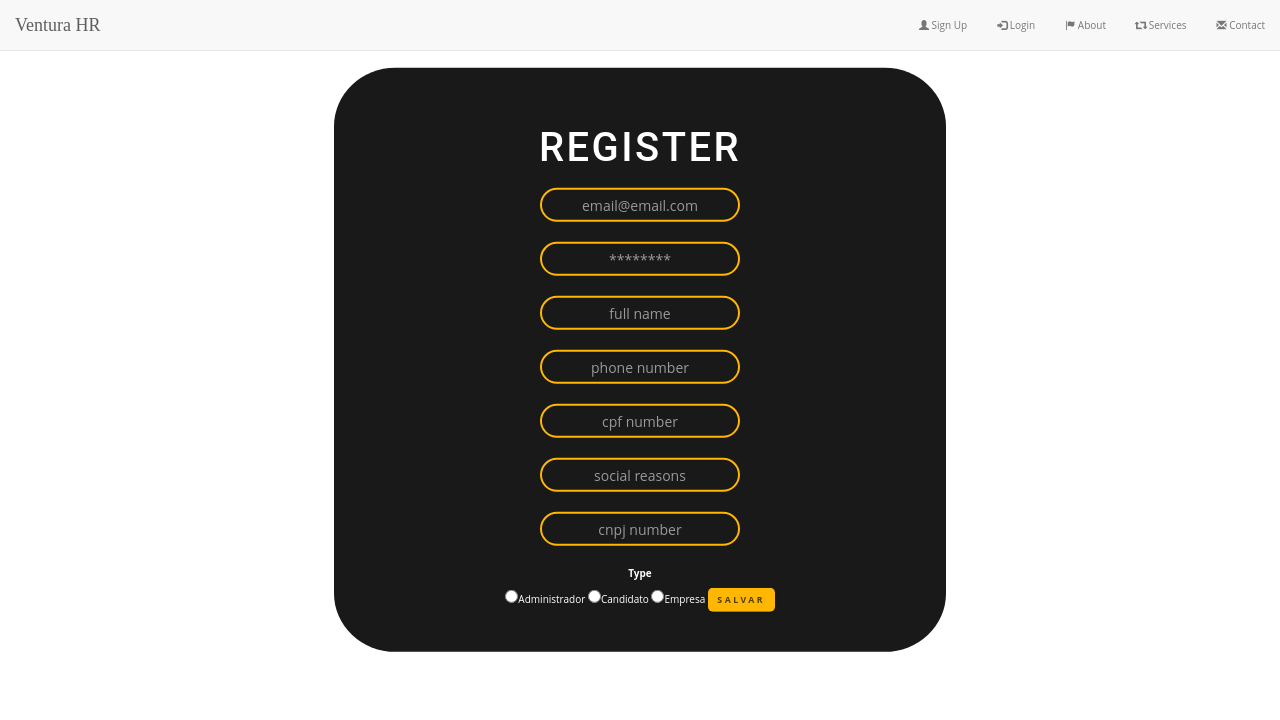
Repository: nmparfait/HumanResources-Ventura
Page: http://localhost/venturaWeb/WEB-INF/jsp/app/cadastro.jsp
An editor plug-in stored every save of this project. The page is shown before and after the next save, followed by the edit.
The browser window is 1280 px wide. The pictures show the whole page.
Some web fonts or font styles are not loaded; a fallback is used. Some web libraries are served in a nearby version. The page is served by Tomcat 9. Nobody is signed in. Other server files are loaded and not shown. The template is opened directly, without the code that normally fills it, so the values that code supplies are empty.

Above is the page before, as saved 2021-09-27 17:27:33.

### venturaWeb/src/main/webapp/WEB-INF/jsp/app/cadastro.jsp
<%@ taglib prefix="c" uri="http://java.sun.com/jsp/jstl/core" %>
<%@ page contentType="text/html;charset=UTF-8" language="java" %>
<!DOCTYPE html>
<html lang="en">
	<head>
	    <title>VENTURA | Register</title>
	    <meta charset="utf-8">
	    <meta name="viewport" content="width=device-width, initial-scale=1">
	    <link rel="stylesheet" href="https://maxcdn.bootstrapcdn.com/bootstrap/3.4.1/css/bootstrap.min.css">
	    <script src="https://ajax.googleapis.com/ajax/libs/jquery/3.5.1/jquery.min.js"></script>
	    <script src="https://maxcdn.bootstrapcdn.com/bootstrap/3.4.1/js/bootstrap.min.js"></script>
	    <link rel="stylesheet" href="css/cadastro.css" />
	</head>
	<body>
		<c:import url="/WEB-INF/jsp/app/menu.jsp"/>
		<h2>Cadastro</h2>


		    <form class="box" action="/usuario/cadastro" method="post">
		    	<h1>Register</h1>

		    	<input type="text" class="form-control" placeholder="email@email.com"  name="email">
		        <input type="password" class="form-control" placeholder="********" name="senha">
		        <input type="text" class="form-control" placeholder="full name" name="nomeCompleto">
		        <input type="text" class="form-control" placeholder="phone number" name="telefone">
		        <input type="text" class="form-control" placeholder="cpf number" name="cpf">
		        <input type="text" class="form-control" placeholder="social reasons" name="razaoSocial">
		        <input type="text" class="form-control" placeholder="cnpj number" name="cnpj">
		        <label>Type</label><br>
		        <input type="radio" value="A" name="tipo">Administrador
		        <input type="radio" value="C" name="tipo">Candidato
		        <input type="radio" value="E" name="tipo">Empresa

		        <button type="submit" class="btn btn-default">Salvar</button>
		    </form>
	</body>
</html>

### venturaWeb/src/main/webapp/WEB-INF/jsp/app/menu.jsp
<%@ page contentType="text/html;charset=UTF-8" language="java" %>
<%@ taglib uri="http://java.sun.com/jsp/jstl/core" prefix="c"%>
<html>
	<head>
	    <meta charset="UTF-8" />
	    <meta http-equiv="X-UA-Compatible" content="IE=edge" />
	    <meta name="viewport" content="width=device-width, initial-scale=1.0" />
	    <title>VENTURA | Navbar</title>
	    <!-- font awesome -->
	    <link
	      rel="stylesheet"
	      href="https://cdnjs.cloudflare.com/ajax/libs/font-awesome/5.14.0/css/all.min.css"
	    />
	    <!-- google font -->
	    <link href="https://fonts.googleapis.com/css2?family=Dancing+Script&display=swap" rel="stylesheet">
	    <!-- style -->
	    <link rel="stylesheet" href="css/styles.css" />
  	</head>
  	 <body>
  	 	<nav class="navbar navbar-default navbar-fixed-top">
  			<div class="container-fluid">
    			<div class="navbar-header">
      				<a class="navbar-brand font" href="/app/index">Ventura HR</a>
    			</div>
	  	 	<ul class="nav navbar-nav navbar-right">
				<c:if test="${empty usuario}">
				    <li><a href="/usuario"><span class="glyphicon glyphicon-user"></span> Sign Up</a></li>
				    <li><a href="/acesso"><span class="glyphicon glyphicon-log-in"></span> Login</a></li>
				    <li><a href="/about"><span class="glyphicon glyphicon-flag"></span> About</a></li>
				    <li><a href="/about"><span class="glyphicon glyphicon-retweet"></span> Services</a></li>
				    <li><a href="/contato"><span class="glyphicon glyphicon-envelope"></span> Contact</a></li>
			    </c:if>
			    <c:if test="${not empty usuario}">
			    	<li><a href="/logout"><span class="glyphicon glyphicon-log-out"></span>Logout, ${usuario.email}</a></li>
			    </c:if>
			 </ul>
		</nav>
    </body>
   </html>

### venturaWeb/src/main/webapp/css/cadastro.css
body {
    margin: 0;
    padding: 0;
    font-family: sans-serif;
    background: #34495e;
    color: #fff !important;

}

.box {
    width: 85vh;
    padding: 40px;
    position: absolute;
    top: 50%;
    left: 50%;
    transform: translate(-50%, -50%);
    background: #191919;
    text-align: center;
    border-radius: 10%;
}

.box h1 {
    color: white;
    text-transform: uppercase;
    font-weight: 500;
}

.box input[type="text"],
.box input[type="password"] {
    border: 0;
    background: none;
    display: block;
    margin: 20px auto;
    text-align: center;
    border: 2px solid #ffb703;
    padding: 14px 10px;
    width: 200px;
    outline: none;
    color: white;
    border-radius: 24px;
    transition: 0.25s
}

.box input[type="text"]:focus,
.box input[type="password"]:focus {
    width: 280px;
    border-color: #ffb703;
}

.box input[type="submit"] {
     border: 0;
    background: none;
    display: block;
    margin: 20px auto;
    text-align: center;
    border: 2px solid #ffb703;
    padding: 14px 40px;
    outline: none;
    color: white;
    border-radius: 24px;
    transition: 0.25s;
    cursor: pointer;
}

.box input[type="submit"]:hover {
    background: #e9edc9;
    color: #000;
}

### venturaWeb/src/main/webapp/css/styles.css
/* details generics
first color : #ffb703
-- second color: #e9edc9

*/
/*
===============
Variables
===============
*/

:root {
  /* dark shades of primary color*/
  --clr-primary-1: hsl(43, 86%, 17%);
  --clr-primary-2: hsl(43, 77%, 27%);
  --clr-primary-3: hsl(43, 72%, 37%);
  --clr-primary-4: hsl(42, 63%, 48%);
  /* primary/main color */
  --clr-primary-5: hsl(42, 78%, 60%);
  /* lighter shades of primary color */
  --clr-primary-6: hsl(43, 89%, 70%);
  --clr-primary-7: hsl(43, 90%, 76%);
  --clr-primary-8: hsl(45, 86%, 81%);
  --clr-primary-9: hsl(45, 90%, 88%);
  --clr-primary-10: hsl(45, 100%, 96%);
  /* darkest grey - used for headings */
  --clr-grey-1: hsl(209, 61%, 16%);
  --clr-grey-2: hsl(211, 39%, 23%);
  --clr-grey-3: hsl(209, 34%, 30%);
  --clr-grey-4: hsl(209, 28%, 39%);
  /* grey used for paragraphs */
  --clr-grey-5: hsl(210, 22%, 49%);
  --clr-grey-6: hsl(209, 23%, 60%);
  --clr-grey-7: hsl(211, 27%, 70%);
  --clr-grey-8: hsl(210, 31%, 80%);
  --clr-grey-9: hsl(212, 33%, 89%);
  --clr-grey-10: hsl(210, 36%, 96%);
  --clr-white: #fff;
  --ff-primary: 'Roboto', sans-serif;
  --ff-secondary: 'Open Sans', sans-serif;
  --transition: all 0.3s linear;
  --spacing: 0.25rem;
  --radius: 0.5rem;
  --light-shadow: 0 5px 15px rgba(0, 0, 0, 0.1);
  --dark-shadow: 0 5px 15px rgba(0, 0, 0, 0.2);
  --max-width: 1170px;
}
/*
===============
Global Styles
===============
*/

*,
::after,
::before {
  margin: 0;
  padding: 0;
  box-sizing: border-box;
}
body {
  font-family: var(--ff-secondary);
  background: var(--clr-white);
  color: var(--clr-grey-1);
  line-height: 1.5;
  font-size: 0.875rem;
}
ul {
  list-style-type: none;
}
a {
  text-decoration: none;
}
img:not(.nav-logo) {
  width: 100%;
  display: block;
}

h1,
h2,
h3,
h4 {
  letter-spacing: var(--spacing);
  text-transform: capitalize;
  line-height: 1.25;
  margin-bottom: 0.75rem;
  font-family: var(--ff-primary);
}
h1 {
  font-size: 3rem;
}
h2 {
  font-size: 2rem;
}
h3 {
  font-size: 1.25rem;
}
h4 {
  font-size: 0.875rem;
}
p {
  margin-bottom: 1.25rem;
  color: var(--clr-grey-5);
}
@media screen and (min-width: 800px) {
  h1 {
    font-size: 4rem;
  }
  h2 {
    font-size: 2.5rem;
  }
  h3 {
    font-size: 1.75rem;
  }
  h4 {
    font-size: 1rem;
  }
  body {
    font-size: 1rem;
  }
  h1,
  h2,
  h3,
  h4 {
    line-height: 1;
  }
}
/*  global classes */

.btn {
  text-transform: uppercase;
  background: #ffb703;
  color: var(--clr-primary-1);
  padding: 0.375rem 0.75rem;
  letter-spacing: var(--spacing);
  display: inline-block;
  font-weight: 700;
  transition: var(--transition);
  font-size: 0.875rem;
  border: 2px solid transparent;
  cursor: pointer;
  box-shadow: 0 1px 3px rgba(0, 0, 0, 0.2);
  border-radius: var(--radius);
}
.btn:hover {
  color: var(--clr-primary-1);
  background: var(--clr-primary-7);
}
/* section */
.section {
  padding: 5rem 2rem;
}

.section-center {
  width: 90vw;
  margin: 0 auto;
  max-width: 1170px;
}

.contact {
  background: #fffcfc;
  min-height: 100vh;
}
@media screen and (min-width: 992px) {
  .section-center {
    width: 95vw;
  }
}

.underline {
  width: 5rem;
  height: 0.25rem;
  margin-bottom: 1.25rem;
  background: var(--clr-primary-5);
  margin-left: auto;
  margin-right: auto;
}

.section-title {
  margin-bottom: 4rem;
  text-align: center;
}

.bg-grey {
  background: var(--clr-grey-9);
}
/* added during recording */

/*
===============
Sidebar
===============
*/

.sidebar {
  position: fixed;
  top: 0;
  left: 0;
  width: 100%;
  height: 100%;
  background: var(--clr-grey-10);
  z-index: 4;
  display: grid;
  /* align-items: center;
  justify-content: center; */
  place-items: center;
  transition: var(--transition);

  /* add later */
  transform: translateX(-100%);
}

/* toggle sidebar */
.show-sidebar {
  transform: translateX(0);
}

.sidebar-links {
  text-align: center;
}

.sidebar-links a {
  font-size: 2rem;
  text-transform: capitalize;
  transform: var(--transition);
  color: var(--clr-grey-5);
  letter-spacing: var(--spacing);
  display: inline-block;
  margin-bottom: 1.5rem;
}

.sidebar-links a:hover {
  color: var(--clr-primary-5);
}

.social-icons {
  display: grid;
  margin-top: 3rem;
  width: 20rem;
  grid-template-columns: repeat(4, 1fr);
  justify-items: center;
}

.social-icon {
  font-size: 1.5rem;
  color: var(--clr-grey-1);
  transition: var(--transition);
}

.social-icon:hover {
  color: var(--clr-primary-5);
}

.close-btn {
  position: absolute;
  top: 1rem;
  right: 1rem;
  font-size: 3rem;
  background: transparent;
  border: transparent;
  transition: var(--transition);
  color: #bb2525;
  cursor: pointer;
}

.close-btn:hover {
  color: #e66b6b;
}


/* end of details*/


.font {
	font-family: 'Dancing Script', cursive;
	background-color: #ffb703;
}

/*
===============
Connect
===============
*/

.connect {
  min-height: 40vh;
  position: relative;
  padding: 10rem 0 5rem 0;
  margin: 5rem 0;
  -webkit-clip-path: polygon(
    50% 0%,
    100% 10%,
    100% 90%,
    53% 100%,
    49% 100%,
    0 90%,
    0 10%
  );
  clip-path: polygon(
    50% 0%,
    100% 10%,
    100% 90%,
    53% 100%,
    49% 100%,
    0 90%,
    0 10%
  );
}
.video-container {
  position: absolute;
  top: 0;
  left: 0;
  width: 100%;
  height: 100%;
  -o-object-fit: cover;
  object-fit: cover;
  z-index: -2;
}

.connect::after {
  content: '';
  position: absolute;
  top: 0;
  left: 0;
  width: 100%;
  height: 100%;
  /* background: var(--clr-white); */
  /* background: var(--clr-primary-5); */
  background: rgba(0, 0, 0, 0.6);
  opacity: 0.7;
  z-index: -1;
}
.connect {
  display: grid;
  place-items: center;
}

.video-banner .section-title {
  margin-bottom: 2rem;
}

.video-text {
  max-width: 30rem;
}

.video-banner {
  background: #e9edc9;
  padding: 3rem 5rem 12rem 5rem;
  text-align: center;
  -webkit-clip-path: polygon(
    0% 0%,
    100% 0%,
    100% 75%,
    75% 75%,
    75% 100%,
    50% 75%,
    0% 75%
  );
  clip-path: polygon(
    0% 0%,
    100% 0%,
    100% 75%,
    75% 75%,
    75% 100%,
    50% 75%,
    0% 75%
  );
}

/*
===============
About
===============
*/

/*
===============
Hero
===============
*/
.hero .underline {
  margin-bottom: 0.5rem;
  margin-left: 0;
}

.hero-img {
  display: none;
}

.hero {
  background: var(--clr-primary-10);
}
.hero-center {
  min-height: calc(100vh - 5rem);
  display: grid;
  place-items: center;
}

.hero-info h4 {
  color: var(--clr-grey-5);
}

.hero-icons {
  justify-items: start;
}

.hero-btn {
  margin-top: 1.25rem;
}

.hero-photo {
  max-width: 25rem;
  max-height: 30rem;
  -o-object-fit: cover;
  object-fit: cover;
  border-radius: var(--radius);
  position: relative;
}

@media screen and (min-width: 776px) {
  .hero-img {
    display: block;
    position: relative;
  }

  .hero-center {
    display: grid;
    grid-template-columns: 1fr 1fr;
  }
}

.hero-img::before,
.about-img::before {
  content: '';
  position: absolute;
  width: 100%;
  height: 100%;
  border: 0.25rem solid var(--clr-primary-5);
  top: 2rem;
  right: -2rem;
  border-radius: var(--radius);
}

/* section title added to globals */
.about-title {
  text-align: left;
  margin-bottom: 2rem;
}

.about-title .underline {
  margin-left: 0;
}

.about-center {
  display: grid;
  gap: 3rem 2rem;
}

.about-img {
  position: relative;
}

.about-img::before {
  left: -2rem;
}

.about-img {
  justify-self: center;
}

@media screen and (min-width: 776px) {
  .about-center {
    display: grid;
    grid-template-columns: 1fr 1fr;
  }
}

@media screen and (min-width: 992px) {
  .about-center {
    grid-template-columns: 1fr 1fr;
  }

  .about-img {
    position: relative;
  }

  .about-img::before {
    left: -2rem;
  }
}

.hero-photo {

}

/* Services*/

/*
===============
Services
===============
*/

.service {
  background: var(--clr-white);
  padding: 3rem 1.5rem;
  margin-bottom: 2rem;
  border-radius: var(--radius);
  text-align: center;
  transition: var(--transition);
}

.service-icon {
  font-size: 2rem;
  margin-bottom: 1.5rem;
}

.service .underline {
  width: 3rem;
  height: 0.12rem;
  transition: var(--transition);
}

.service p {
  transition: var(--transition);
}
.service:hover {
  background: var(--clr-primary-5);
  color: var(--clr-white);
}

.service:hover p {
  color: var(--clr-white);
}

.service:hover .underline {
  background: var(--clr-white);
}

@media screen and (min-width: 676px) {
  .services-center {
    display: grid;
    grid-template-columns: 1fr 1fr;
    -moz-column-gap: 2rem;
    column-gap: 2rem;
  }
}

@media screen and (min-width: 992px) {
  .services-center {
    grid-template-columns: repeat(3, 1fr);
  }
}

/* CONTACT*/
/* section */
.section {
  padding: 5rem 2rem;
}

.section-center {
  width: 90vw;
  margin: 0 auto;
  max-width: 1170px;
}

.contact {
  background: #fefae0;
  min-height: 50vh;
}
@media screen and (min-width: 992px) {
  .section-center {
    width: 85vw;
  }
}

/*LOGIN PAGE*/


.loginPage {

	margin-top: 50px;
}

After the next save:
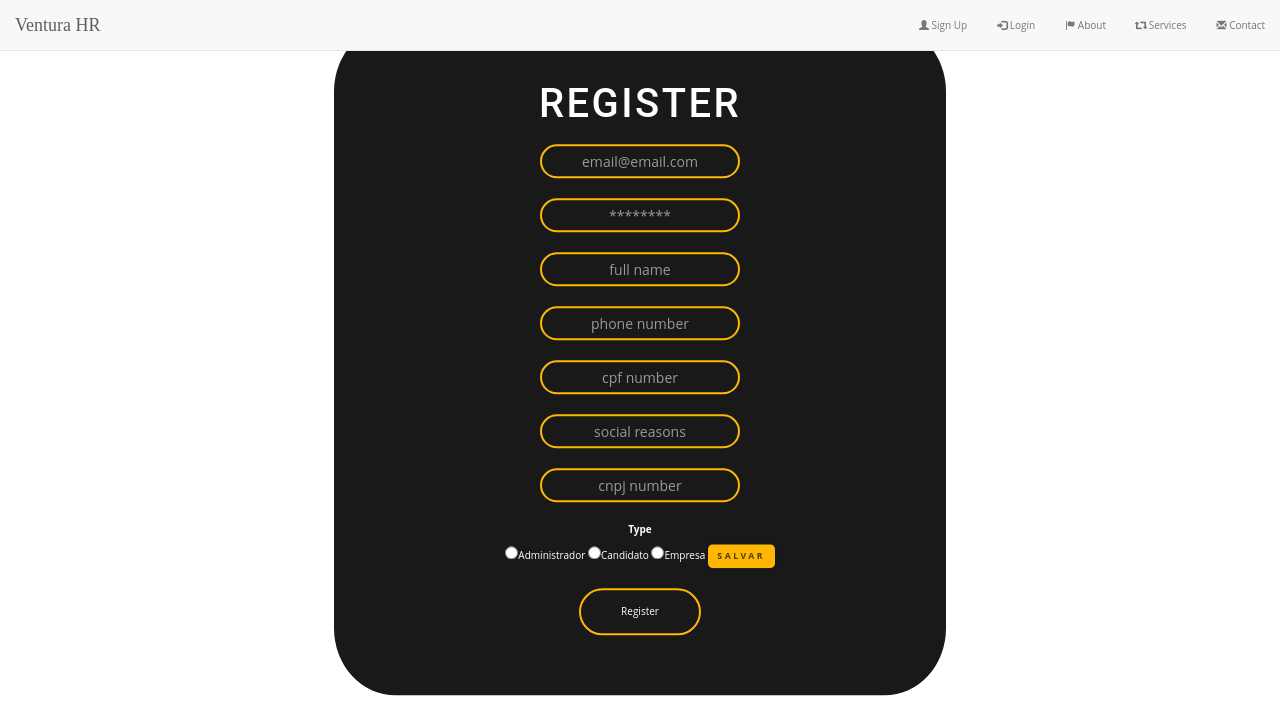
Saved 75 s later.
--- a/venturaWeb/src/main/webapp/WEB-INF/jsp/app/cadastro.jsp
+++ b/venturaWeb/src/main/webapp/WEB-INF/jsp/app/cadastro.jsp
@@ -32,6 +32,7 @@
 		        <input type="radio" value="E" name="tipo">Empresa
 
 		        <button type="submit" class="btn btn-default">Salvar</button>
+		        <input type="submit" name="" value="Register">
 		    </form>
 	</body>
 </html>
